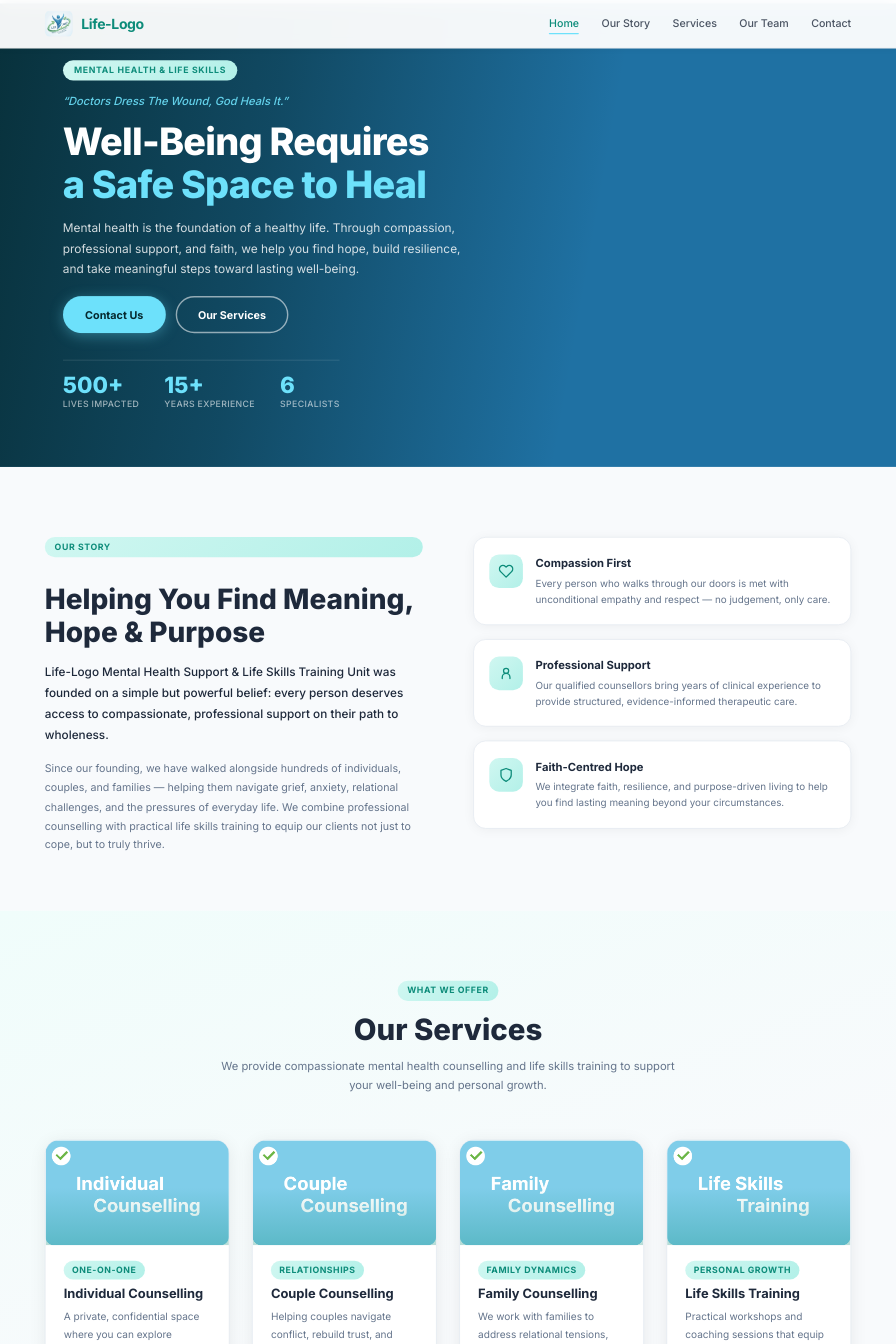
Repository: Tan47s/Lifelogo
Page: /
These files come from the project's save history. The page is drawn as it stood at one moment and after the next save; the edit follows.
The browser window is 1280 px wide. The pictures show the part of the page from y = 0 to 1920 px (the page is 6225 px tall before and 6220 px after), at 70% of full size.
The project was rebuilt for these pictures with package versions that can differ from the ones it lists, and the page was loaded fresh each time. Also part of the build but not shown: vite.config.js.

Above is the page before, as saved 2026-08-29 11:00:58.

After the next save:
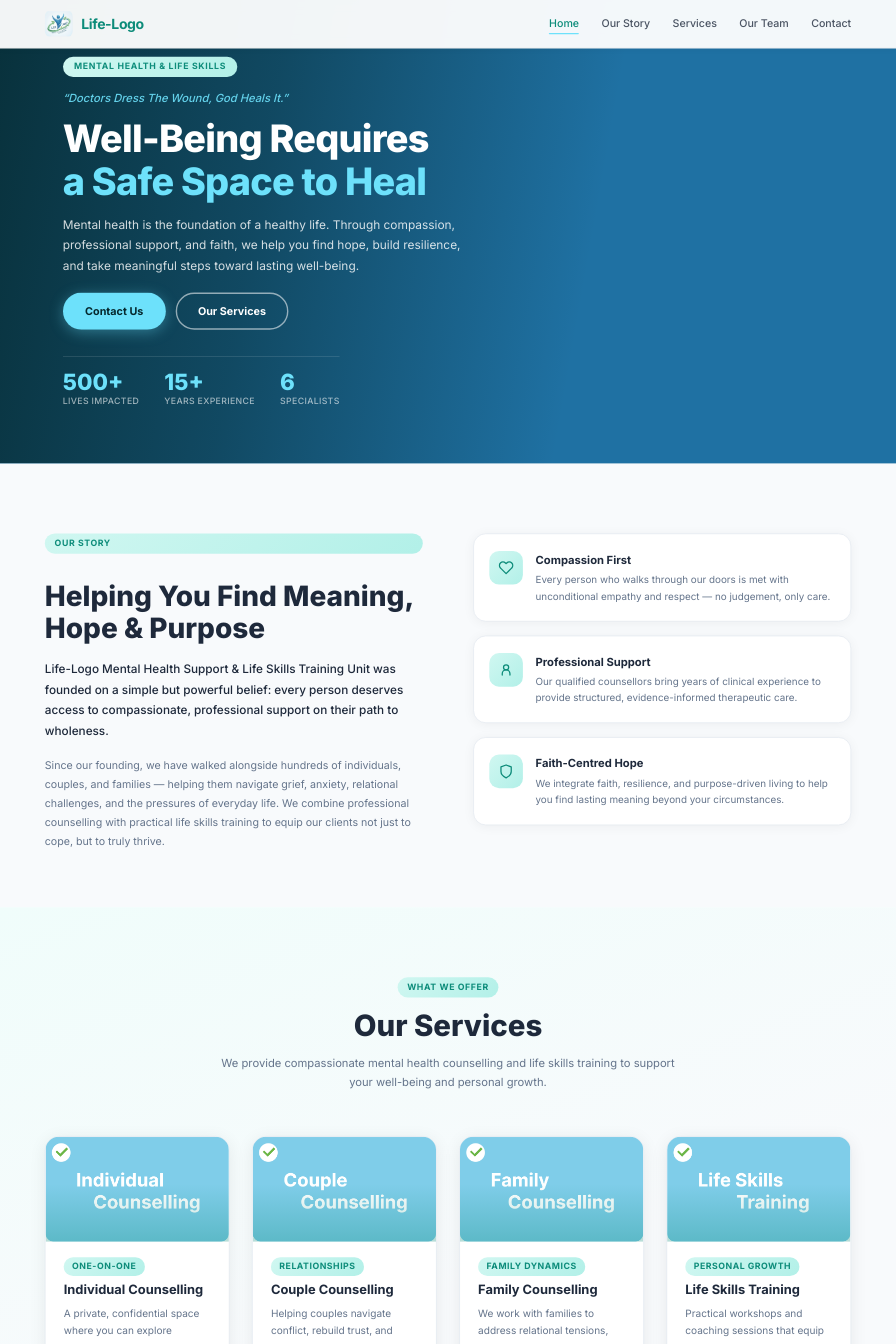
Saved 9 s later.
--- a/src/comp/herocon.css
+++ b/src/comp/herocon.css
@@ -4,7 +4,7 @@
 
 .hero-section {
   position: relative;
-  margin-top: 5px;           /* clears fixed header */
+  margin-top: 0px;           /* clears fixed header */
   width: 100%;
   min-height: 92vh;
   background-size: cover;
